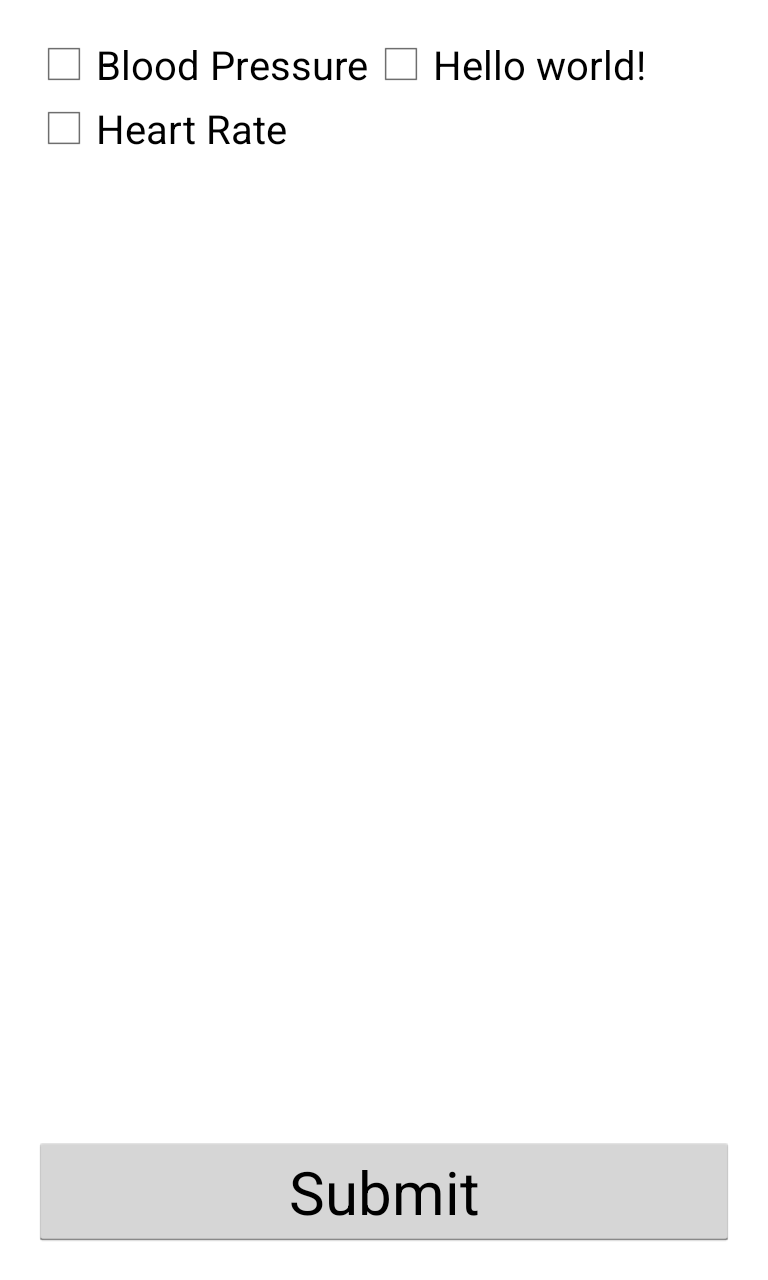
Repository: TigerCheck/TigerCheck
Layout: Android/TigerCheck/res/layout/activity_station_select.xml
The author's editor kept a copy of each file at every save. The layout is drawn from the files as they stood at one save, then again after the next save.
It is drawn on a 768 x 1280 px phone screen (xhdpi) without system bars, with theme AppTheme; the app's code is not run.

Above is the layout before, as saved 2014-03-31 00:29:49.

### Android/TigerCheck/res/layout/activity_station_select.xml
<RelativeLayout xmlns:android="http://schemas.android.com/apk/res/android"
    xmlns:tools="http://schemas.android.com/tools"
    android:layout_width="fill_parent"
    android:layout_height="fill_parent"
    android:orientation="horizontal"
    android:paddingBottom="@dimen/activity_vertical_margin"
    android:paddingLeft="@dimen/activity_horizontal_margin"
    android:paddingRight="@dimen/activity_horizontal_margin"
    android:paddingTop="@dimen/activity_vertical_margin"
    tools:context=".StationSelect" >

    <TextView
        android:id="@+id/textView1"
        android:layout_width="wrap_content"
        android:layout_height="wrap_content" />

	<RelativeLayout android:id="@+id/LeftColumnCheckboxes"
	    android:layout_width="wrap_content"
	    android:layout_height="wrap_content" >

    	<CheckBox
        	android:id="@+id/checkbox_blood_pressure"
        	android:layout_width="wrap_content"
        	android:layout_height="wrap_content"
        	android:text="@string/checkbox_blood_pressure"
        	android:textSize="20sp"
        	android:onClick="onCheckboxClick"/>

    	<CheckBox
        	android:id="@+id/checkbox_heart_rate"
        	android:layout_width="wrap_content"
        	android:layout_height="wrap_content"
        	android:text="@string/checkbox_heart_rate"
        	android:textSize="20sp"
        	android:layout_below="@+id/checkbox_blood_pressure"
        	android:onClick="onCheckboxClick" />

    </RelativeLayout>

	<RelativeLayout android:id="@+id/RightColumnCheckboxes"
	    android:layout_width="wrap_content"
	    android:layout_height="wrap_content"
	    android:layout_toRightOf="@+id/LeftColumnCheckboxes" >

	    <CheckBox
        	android:id="@+id/checkbox_placeholder"
        	android:layout_width="wrap_content"
        	android:layout_height="wrap_content"
        	android:text="@string/hello_world"
        	android:textSize="20sp"
        	android:onClick="onCheckboxClick"/>


	</RelativeLayout>

    <Button
        android:layout_width="match_parent"
        android:layout_height="wrap_content"
        android:layout_alignParentBottom="true"
        android:gravity="center"
        android:onClick="submitButtonPress"
        android:text="@string/submit_button"
        android:textSize="30sp" />

</RelativeLayout>

### Android/TigerCheck/res/values/strings.xml
<?xml version="1.0" encoding="utf-8"?>
<resources>

    <string name="app_name">TigerCheck</string>
    <string name="action_settings">Settings</string>
    <string name="hello_world">Hello world!</string>
    <string name="welcome_message">Welcome to TigerCheck</string>
    <string name="submit_button">Submit</string>
    <string name="continue_button">Continue</string>
    <string name="title_activity_station_select">StationSelect</string>

    <!-- StationSelect checkbox options -->
    <string name="checkbox_blood_pressure">Blood Pressure</string>
    <string name="checkbox_heart_rate">Heart Rate</string>

</resources>

Loaded but not shown: Android/TigerCheck/res/values/styles.xml (common file); Android/TigerCheck/res/values-v11/styles.xml (common file); Android/TigerCheck/res/values-v14/styles.xml (common file); Android/TigerCheck/res/values/dimens.xml (common file)

After the next save:
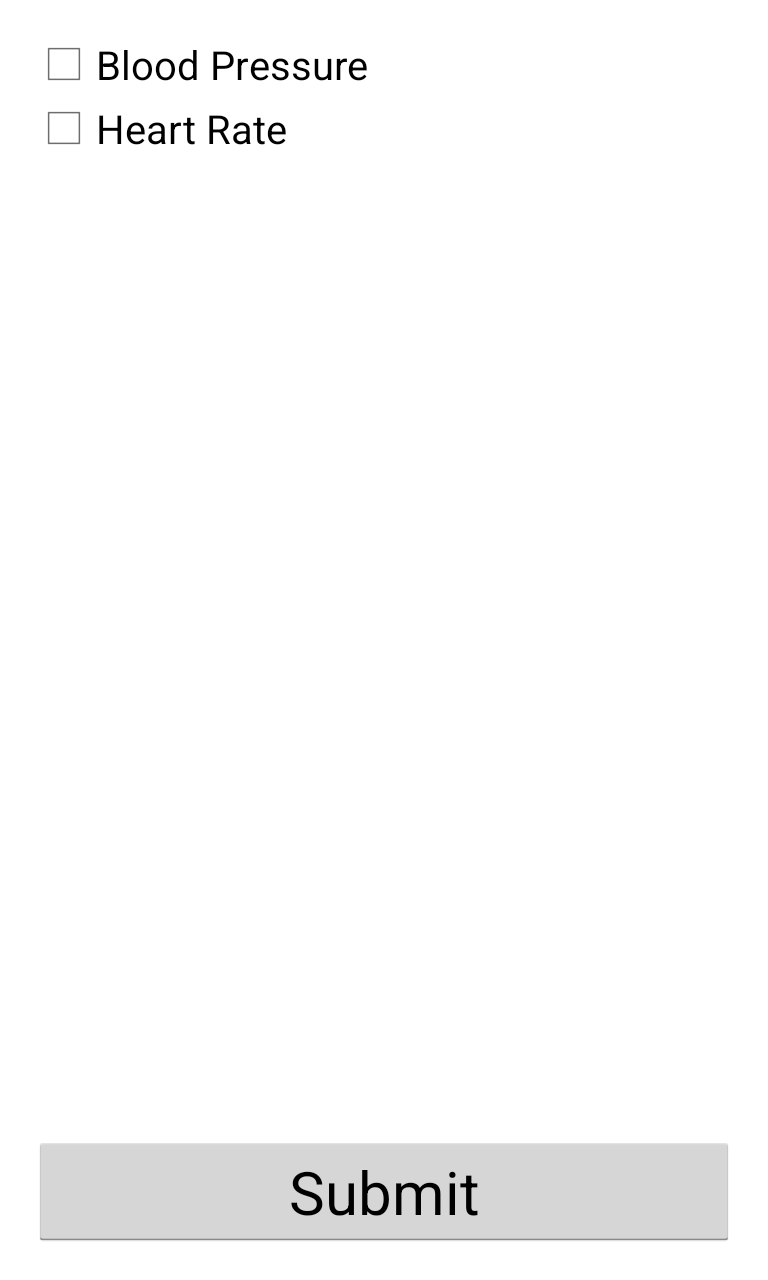
Saved 1 s later.
--- a/Android/TigerCheck/res/layout/activity_station_select.xml
+++ b/Android/TigerCheck/res/layout/activity_station_select.xml
@@ -42,13 +42,7 @@
 	    android:layout_height="wrap_content"
 	    android:layout_toRightOf="@+id/LeftColumnCheckboxes" >
 
-	    <CheckBox
-        	android:id="@+id/checkbox_placeholder"
-        	android:layout_width="wrap_content"
-        	android:layout_height="wrap_content"
-        	android:text="@string/hello_world"
-        	android:textSize="20sp"
-        	android:onClick="onCheckboxClick"/>
+
 
 
 	</RelativeLayout>
